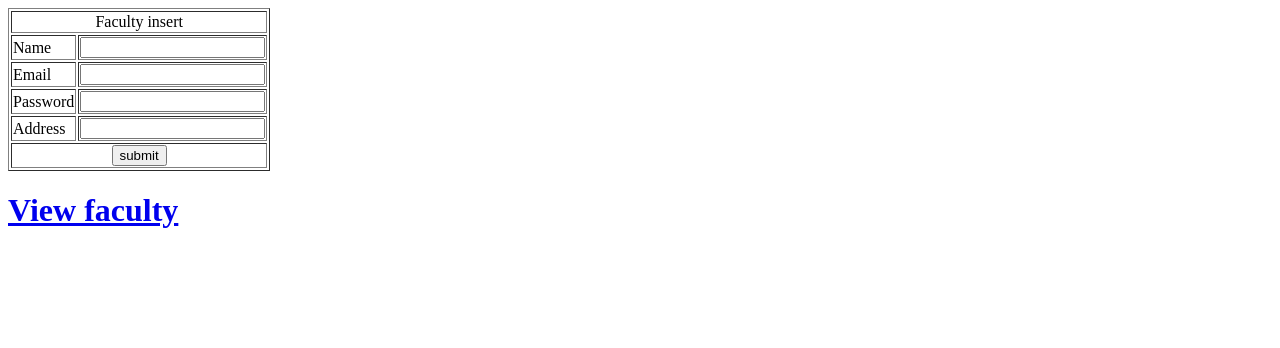
Repository: Biswaranjan-16/Advance-Java
Page: http://localhost/JSPCrud01/
These files come from the project's save history. The page is drawn as it stood at one moment and after the next save; the edit follows.
The browser window is 1280 px wide. The pictures show the whole page.
The page is served by Tomcat 9. Other server files are loaded and not shown.

Above is the page before, as saved 2024-07-01 19:16:40.

### JSPCrud01/src/main/webapp/index.jsp
<!DOCTYPE html>
<html>
<body>
	<form action="savefaculty.jsp">
		<table border="1">
			<tr>
				<td colspan="2" style="text-align: center;">Faculty insert</td>
			</tr>
			<tr>
				<td>Name</td>
				<td><input type="text" name="fname" required></td>
			</tr>

			<tr>
				<td>Email</td>
				<td><input type="email" name="femail" required></td>
			</tr>

			<tr>
				<td>Password</td>
				<td><input type="password" name="fpass" required></td>
			</tr>

			<tr>
				<td>Address</td>
				<td><input type="text" name="fadd" required></td>
			</tr>

			<tr>
				<td colspan="2" style="text-align: center;"><input
					type="submit" value="submit"></td>
			</tr>

		</table>

	</form>
	<div>
		<h1>
			<a href="Viewfaculty.jsp">View faculty</a>
		</h1>
	</div>

</body>
</html>

After the next save:
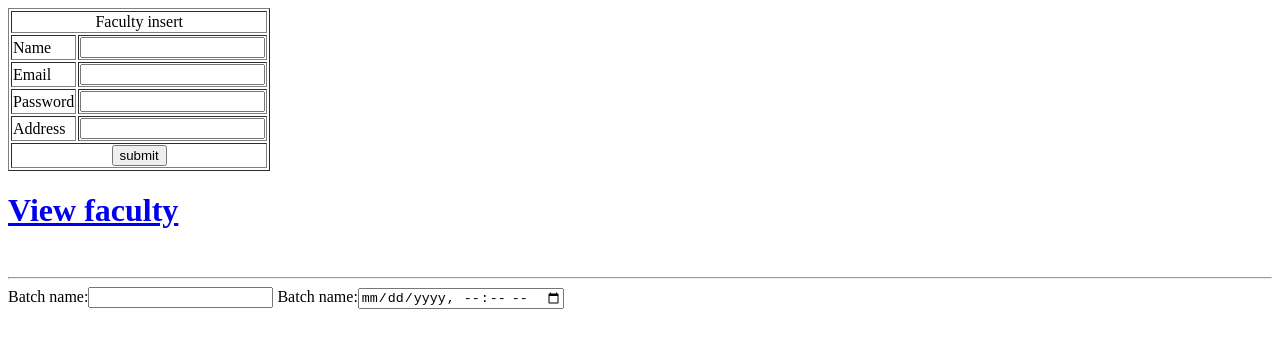
Saved 15 min 0 s later.
--- a/JSPCrud01/src/main/webapp/index.jsp
+++ b/JSPCrud01/src/main/webapp/index.jsp
@@ -39,6 +39,12 @@
 			<a href="Viewfaculty.jsp">View faculty</a>
 		</h1>
 	</div>
-
+<br><hr>
+<div>
+<form>
+Batch name:<input type="text">
+Batch name:<input type="datetime-local">
+</form>
+</div>
 </body>
 </html>
